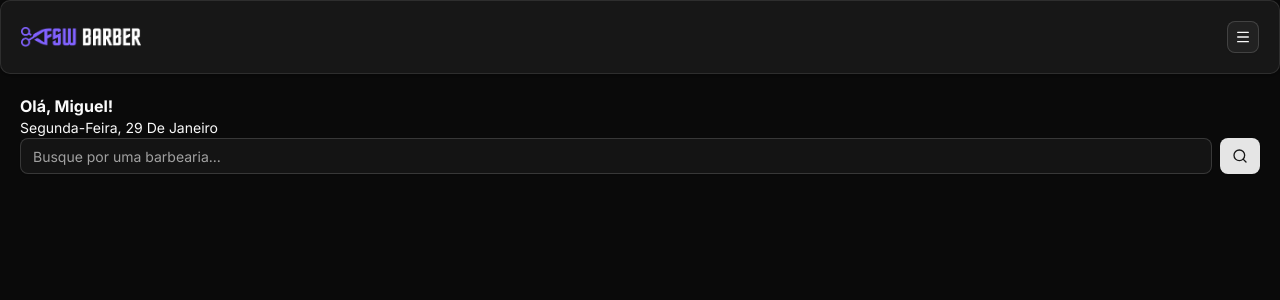
Repository: PaulinhoMachadooo/Barber
Page: /
The author's editor kept a copy of each file at every save. The page is drawn from the files as they stood at one save, then again after the next save.
The browser window is 1280 px wide. The pictures show the whole page.
The project was rebuilt for these pictures with package versions that can differ from the ones it lists, and the page was loaded fresh each time. The framework's server and built-in components were replaced by stand-ins that run in the browser. Also part of the build but not shown: next.config.ts.

Above is the page before, as saved 2025-04-08 21:33:08.

After the next save:
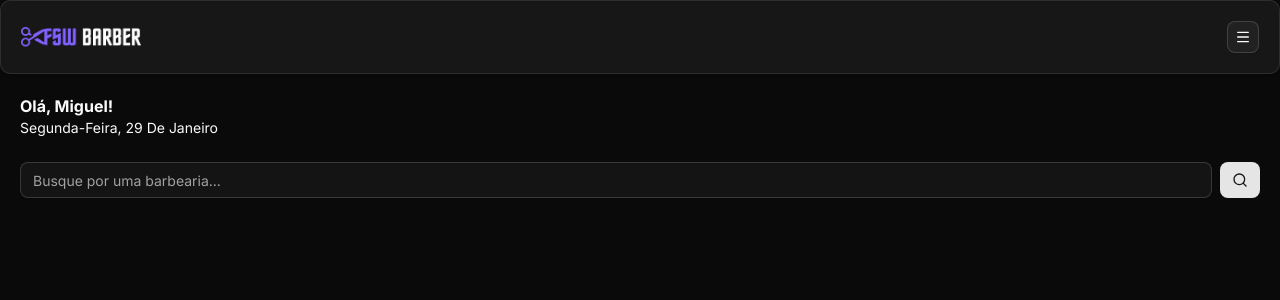
Saved 69 s later.
--- a/app/(home)/page.tsx
+++ b/app/(home)/page.tsx
@@ -20,7 +20,7 @@ export default function Home() {
           </p>
         </div>
 
-        <div className="px-5">
+        <div className="px-5 mt-6">
           <Search />
         </div>
     </div>
